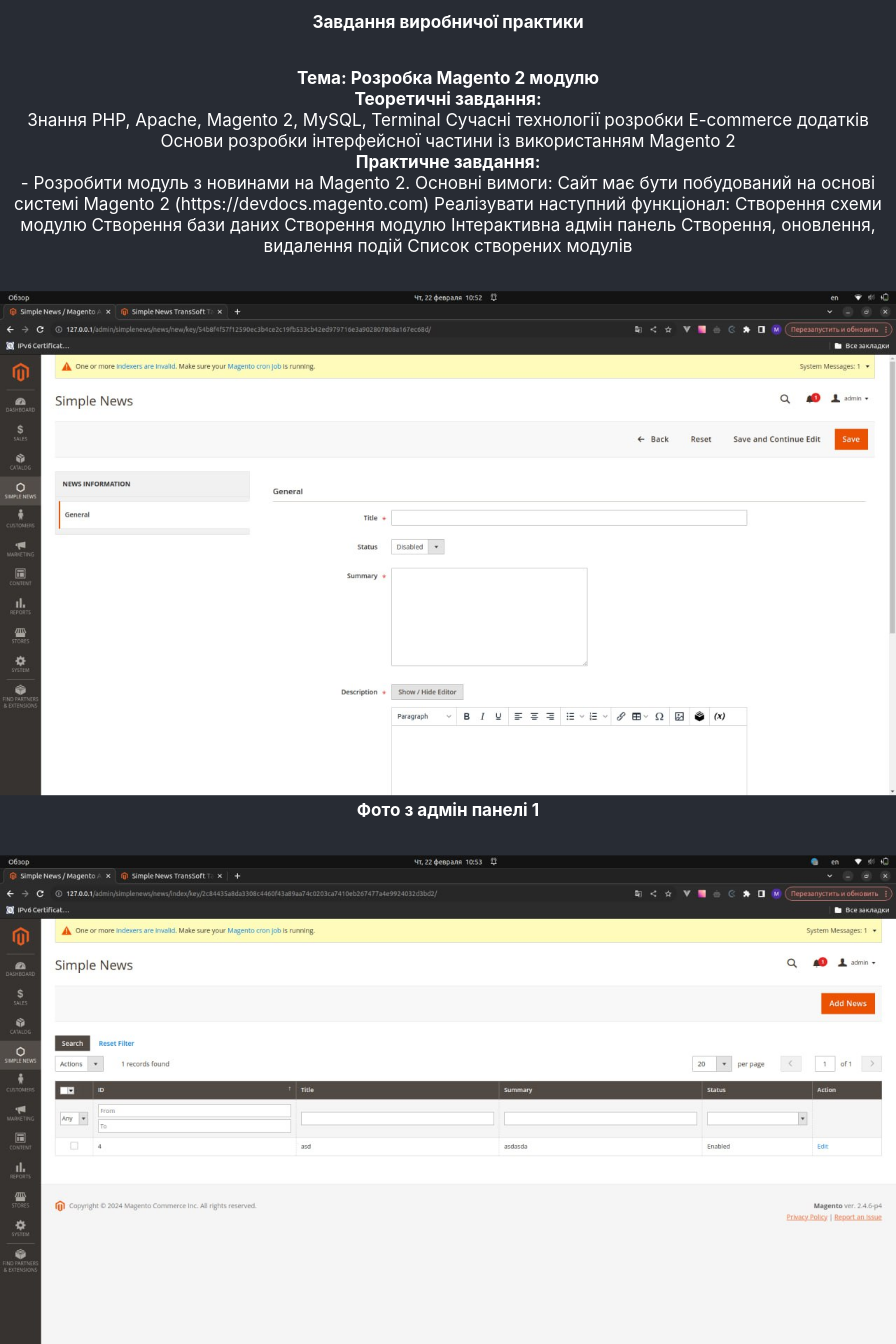
Repository: rutsguifd/prac-report
Page: /
The author's editor kept a copy of each file at every save. The page is drawn from the files as they stood at one save, then again after the next save.
The browser window is 1280 px wide. The pictures show the part of the page from y = 1440 to 3360 px (the page is 4644 px tall before and 4674 px after), at 70% of full size.
The project was rebuilt for these pictures with package versions that can differ from the ones it lists, and the page was loaded fresh each time.

Above is the page before, as saved 2024-02-22 13:45:48.

### src/App.js
import "./App.css";
import IM1 from "./assets/im1.jpg";
import IM2 from "./assets/im2.jpg";
import IM3 from "./assets/im3.jpg";
import PR from "./assets/pr.jpg";

function App() {
  return (
    <div className="App">
      <header className="App-header">
        <div style={{ margin: "50px 0" }}>Practice Report</div>
        <div>
          <b>Вступ</b>
          <div style={{ margin: "50px 0" }}>
            З 2 9 січня по 16 лютого ми проходили виробничу практику у ТОВ
            “TRANSOFT GROUP”. TRANSOFT GROUP - це компанія, яка спеціалізується
            на розробці та підтримці рішень, заснованих на Magento, щоб сприяти
            трансформації бізнесу, підвищенню клієнтського досвіду та
            операційній ефективності в різних галузях. Використовуючи передові
            технології та глибокі галузеві знання, TRANSOFT GROUP розробляє
            інноваційні рішення, які допомагають клієнтам досягти своїх
            бізнес-цілей та впевнено конкурувати на ринку.
          </div>
          <div style={{ margin: "50px 0" }}>
            <img src={PR} alt="alt" width="100%" />
            <b>Фото з бази практики</b>
          </div>
          <div>
            <b>Завдання виробничої практики</b>
          </div>
          <div style={{ margin: "50px 0" }}>
            <div>
              <b>Тема: Розробка Magento 2 модулю</b>
            </div>
            <div>
              <b>Теоретичні завдання:</b>
            </div>
            Знання PHP, Apache, Magento 2, MySQL, Terminal Сучасні технології
            розробки E-commerce додатків Основи розробки інтерфейсної частини із
            використанням Magento 2
            <div>
              <b>Практичне завдання:</b>
            </div>
            - Розробити модуль з новинами на Magento 2. Основні вимоги: Сайт має
            бути побудований на основі системі Magento 2
            (https://devdocs.magento.com) Реалізувати наступний функціонал:
            Створення схеми модулю Створення бази даних Створення модулю
            Інтерактивна адмін панель Створення, оновлення, видалення подій
            Список створених модулів
          </div>
          <div style={{ margin: "50px 0" }}>
            <img src={IM1} alt="alt" width="100%" />
            <b>Фото з адмін панелі 1</b>
          </div>
          <div style={{ margin: "50px 0" }}>
            <img src={IM2} alt="alt" width="100%" />
            <b>Фото з адмін панелі 2</b>
          </div>
          <div style={{ margin: "50px 0" }}>
            <img src={IM3} alt="alt" width="100%" />
            <b>Фото з вебсайту</b>
          </div>
          <b>Висновок</b>
          <div style={{ margin: "50px 0" }}>
            З 29 січня по 16 лютого ми проходили виробничу практику. Темою
            практики була розробка модулю із використанням LAMP. У цьому звіті
            підведені підсумки роботи за період проходження виробничої практики.
            На проекті було використано такі технології: Apache, Magento 2,
            composer, ElasticSearch, MySQL, PHP. Дана виробнича практика була
            для мене надзвичайно корисною. Протягом виробничої практики я
            удосконалив свої знання та навички використання вище описаних
            модулів. Я розробив адмінську панель з можливістю створення сторінки
            новин, підтягнув свої знання і практичні навички у використанні
            Magento та створенням архітектури проекту. Отже, виробнича практика
            була для мене корисною та цікавою.
          </div>
        </div>
      </header>
    </div>
  );
}

export default App;

Loaded but not shown: public/index.html (common file); src/index.js (common file); src/index.css (common file); src/App.css (common file)

After the next save:
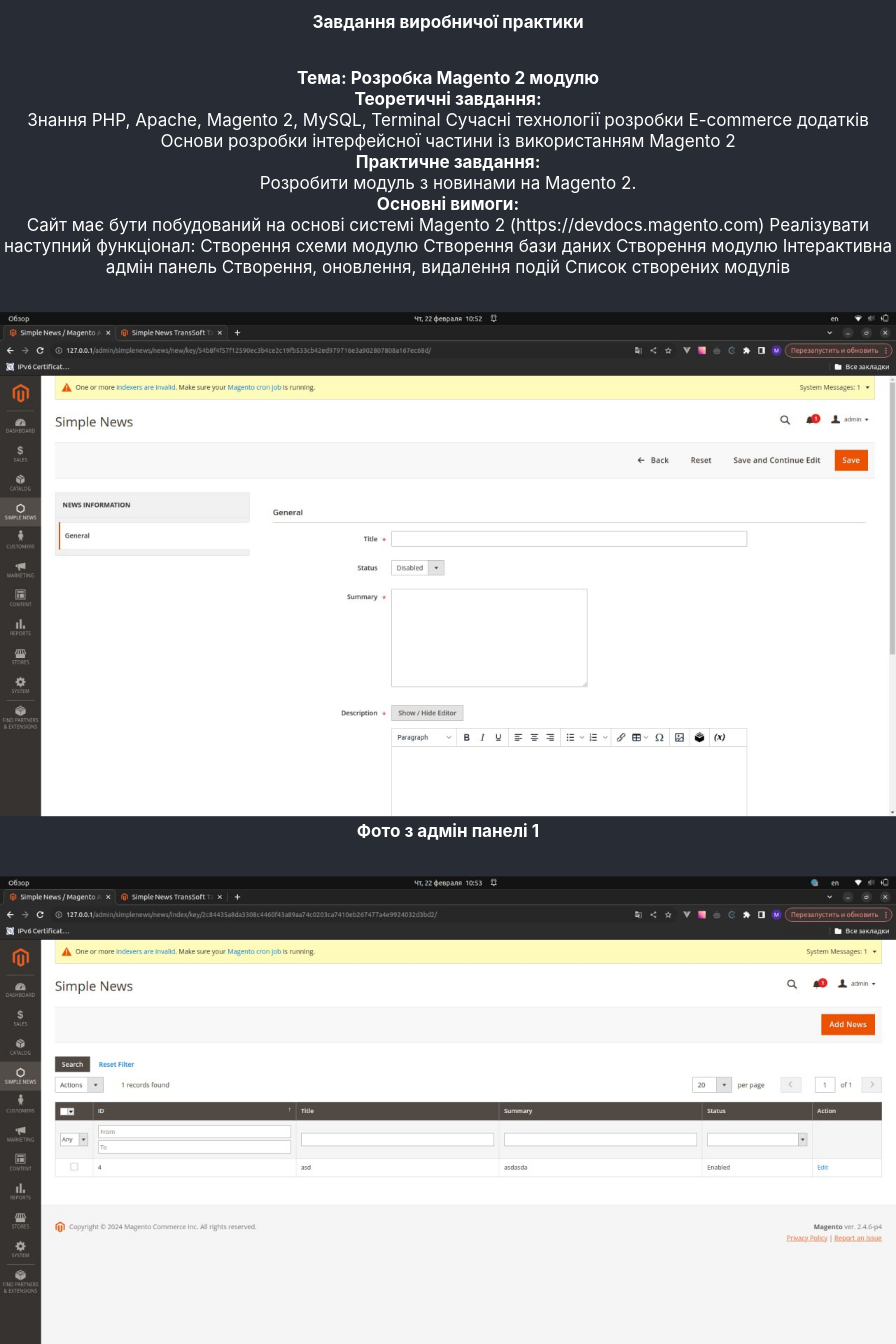
Saved 21 s later.
--- a/src/App.js
+++ b/src/App.js
@@ -41,8 +41,11 @@
             <div>
               <b>Практичне завдання:</b>
             </div>
-            - Розробити модуль з новинами на Magento 2. Основні вимоги: Сайт має
-            бути побудований на основі системі Magento 2
+            Розробити модуль з новинами на Magento 2.
+            <div>
+              <b>Основні вимоги:</b>
+            </div>
+            Сайт має бути побудований на основі системі Magento 2
             (https://devdocs.magento.com) Реалізувати наступний функціонал:
             Створення схеми модулю Створення бази даних Створення модулю
             Інтерактивна адмін панель Створення, оновлення, видалення подій
